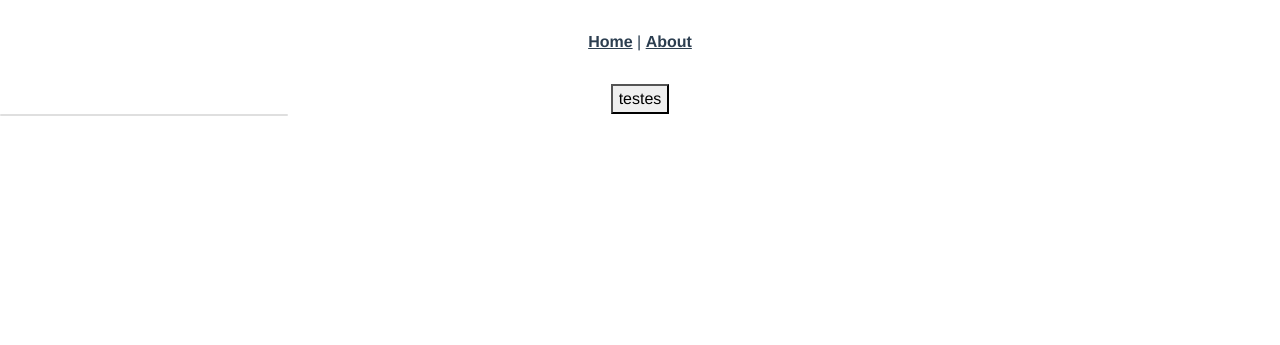
Repository: caiomitsuo/ContactsVueJs
Page: /lista
The author's editor kept a copy of each file at every save. The page is drawn from the files as they stood at one save, then again after the next save.
The browser window is 1280 px wide. The pictures show the whole page.
The page's requests for data from a server got no answer. The project was rebuilt for these pictures with package versions that can differ from the ones it lists, and the page was loaded fresh each time. No one was signed in, and anything a server would have sent is missing. Also part of the build but not shown: vue.config.js, src/components/HelloWorld.vue, src/views/HomeView.vue.

Above is the page before, as saved 2022-04-30 12:25:02.

After the next save:
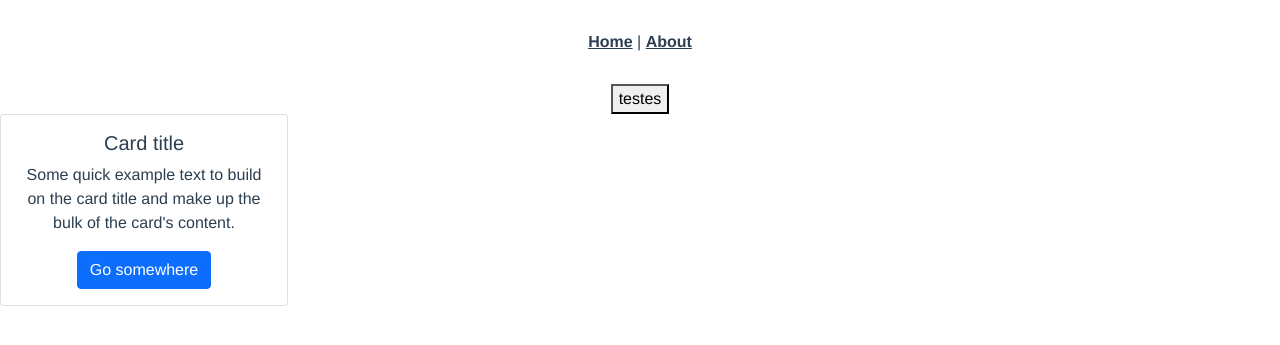
Saved 8 s later.
--- a/src/views/ListView.vue
+++ b/src/views/ListView.vue
@@ -2,6 +2,11 @@
   <div>
     <button>testes</button>
     <div class="card" style="width: 18rem;">
+        <div class="card-body">
+    <h5 class="card-title">Card title</h5>
+    <p class="card-text">Some quick example text to build on the card title and make up the bulk of the card's content.</p>
+    <a href="#" class="btn btn-primary">Go somewhere</a>
+  </div>
     </div>
   </div>
 </template>
